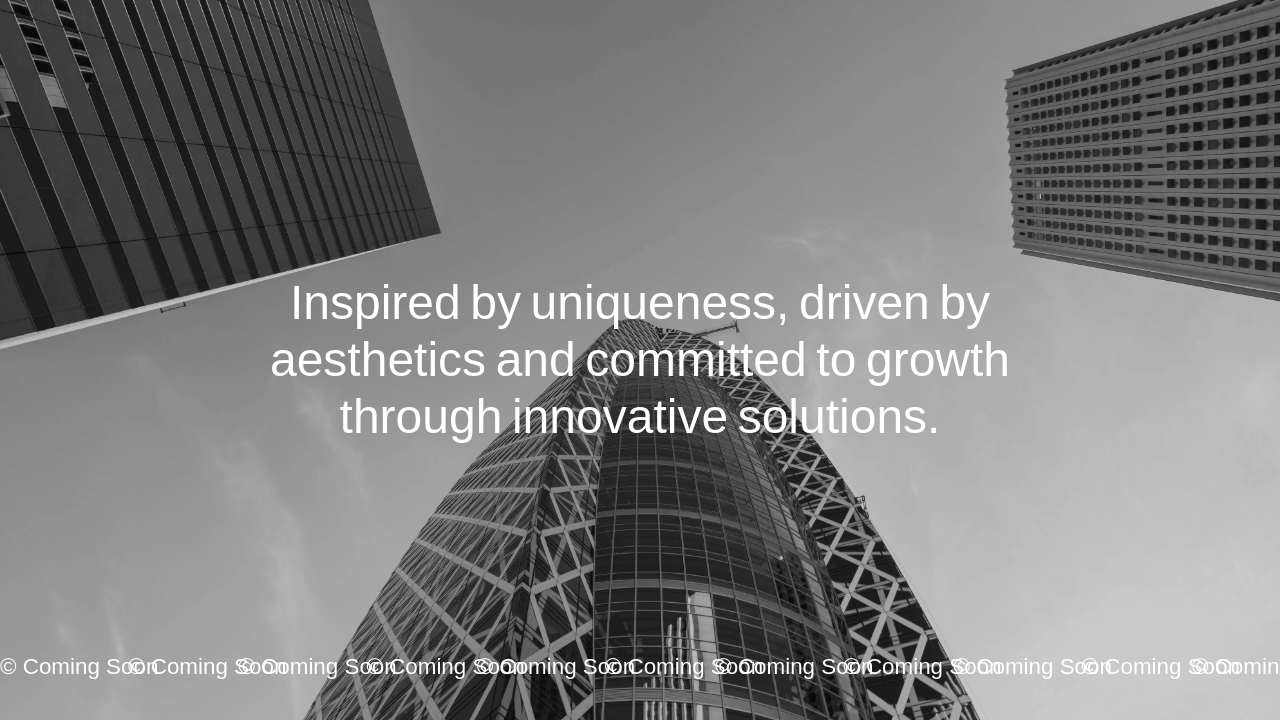
Repository: leswisss/comingsoon
Page: /
The author's editor kept a copy of each file at every save. The page is drawn from the files as they stood at one save, then again after the next save.
The browser window is 1280 px wide. The pictures show the whole page.
Some web fonts or font styles are not loaded; a fallback is used. The project was rebuilt for these pictures with package versions that can differ from the ones it lists, and the page was loaded fresh each time. The framework's server and built-in components were replaced by stand-ins that run in the browser. Also part of the build but not shown: next.config.mjs.

Above is the page before, as saved 2024-06-16 15:30:32.

### app/layout.tsx
import type { Metadata } from "next";
import localFont from "next/font/local";
import "../styles/globals.scss";

const regular = localFont({
  src: "./SF-Pro-Display-Regular.ttf",
  display: "swap",
  variable: "--regular-font",
});

const medium = localFont({
  src: "./SF-Pro-Display-Medium.ttf",
  display: "swap",
  variable: "--medium-font",
});

const semibold = localFont({
  src: "./SF-Pro-Display-Semibold.ttf",
  display: "swap",
  variable: "--semibold-font",
});

const italic = localFont({
  src: "./BigCaslonFB-Italic.ttf",
  display: "swap",
  variable: "--italic-font",
});

export const metadata: Metadata = {
  title: "Better Marque - Branding Agency",
  description: "Generated by create next app",
};

export default function RootLayout({
  children,
}: Readonly<{
  children: React.ReactNode;
}>) {
  return (
    <html lang="en">
      <body
        className={`${italic.variable} ${regular.variable} ${medium.variable} ${semibold.variable}`}
      >
        {children}
      </body>
    </html>
  );
}

### app/page.tsx
import { HomePageWrapper } from "@/components";

export default function Home() {
  return (
    <main>
      <HomePageWrapper/>
    </main>
  );
}

### styles/globals.scss
/*=============== VARIABLES SCSS ===============*/
:root {
  --header-height: 6rem;
  --white: white;
  --black: black;
  --grey: #535353;


  /*========== Font and typography ==========*/
  /*.5rem = 8px | 1rem = 16px ...*/
  // --body-font: 'Montserrat', sans-serif;

  --h1-font-size: 3rem;
  --h2-font-size: 2rem;
  --normal-font-size: 1rem;
  --small-font-size: .94rem;
}

/* Responsive typography */
@media screen and (max-width: 1088px) {
  :root {
    --h1-font-size: 2.75rem;
    --h2-font-size: 1.8rem;
    --normal-font-size: 0.96rem;
    --small-font-size: .90rem;
  }
}

@media screen and (max-width: 628px) {
  :root {
    --h1-font-size: 2.5rem;
    --h2-font-size: 1.5rem;
    --normal-font-size: 0.92rem;
    --small-font-size: 0.85rem;
  }
}

/*=============== BASE ===============*/
* {
  box-sizing: border-box;
  padding: 0;
  margin: 0;
  scrollbar-width: none;

  &::-webkit-scrollbar{
    display: none;
  }

}

html {
  scroll-behavior: auto;
  height: auto;
}

body{
  font-family: var(--regular-font);
  font-size: var(--normal-font-size);
  background-color: black;
  color: var(--white);
}


ul {
  list-style: none;
}

a {
  text-decoration: none;
}

img {
  max-width: 100%;
  height: auto;
}


/*=============== REUSABLE CSS CLASSES ===============*/
.container {
  max-width: 1450px;
  margin: 0 auto;
}

.main {
  overflow: hidden;
}


@media screen and (max-width: 1450px) {
  .container {
    max-width: 100%;
    margin: 0 3rem;
  }
}


@media screen and (max-width: 1088px) {
  .container {
    max-width: 100%;
    margin: 0 2rem;
  }
}


@media screen and (max-width: 628px) {
  .container {
    max-width: 100%;
    margin: 0 1rem;
  }
}

### components/index.tsx
import HomePageWrapper from "./HomePageWrapper";
import HeroSection from "./HeroSection";

export {
  HomePageWrapper,
  HeroSection
}

### components/HomePageWrapper.tsx
import React from 'react'
import HeroSection from './HeroSection'

const HomePageWrapper = () => {
  return (
    <>
    <HeroSection />
    </>
  )
}

export default HomePageWrapper

### components/HeroSection.tsx
"use client";

import React, { useEffect, useRef } from "react";
import Marquee from "./Marquee";
import Image from "next/image";
import IMAGE from "../public/background.jpg";
import styles from "../styles/hero.module.scss";

const HeroSection = () => {
  const slogan =
    "Inspired by uniqueness, driven by aesthetics and committed to growth through innovative solutions.";
  const refs = useRef<HTMLSpanElement[]>([]);

  const splitwords = () => {
    let body: JSX.Element[] = [];
    slogan.split(" ").forEach((word, i) => {
      const cleanWord = word.replace(/[.,]/g, "");

      if (["uniqueness", "aesthetics", "growth"].includes(cleanWord)) {
        body.push(
          <p
            key={`word-${i}`}
            className={`${styles.word_wrapper} ${styles.italic}`}
          >
            <span
              className={styles.word}
              ref={(el) => {
                if (el) refs.current.push(el);
              }}
            >
              {word}
            </span>
          </p>
        );
      } else {
        body.push(
          <p key={`word-${i}`} className={styles.word_wrapper}>
            <span
              className={styles.word}
              ref={(el) => {
                if (el) refs.current.push(el);
              }}
            >
              {word}
            </span>
          </p>
        );
      }
    });

    return body;
  };


  return (
    <section className={styles.hero}>
      <div className={styles.hero_image}>
        <Image src={IMAGE} fill quality={100} alt="Better Marque" />
      </div>
      <div className={styles.text}>{splitwords()}</div>
      <div className={styles.marquee}>
        <Marquee />
      </div>
    </section>
  );
};

export default HeroSection;

### components/Marquee.tsx
import React from 'react'
import styles from "../styles/marquee.module.scss"

const Marquee = () => {
  return (
    <div className={styles.slider}>
      <div className={styles.coming__wrapper}>
        <p className={styles.soon}>© Coming Soon</p>
        <p className={styles.soon}>© Coming Soon</p>
        <p className={styles.soon}>© Coming Soon</p>
        <p className={styles.soon}>© Coming Soon</p>
        <p className={styles.soon}>© Coming Soon</p>
        <p className={styles.soon}>© Coming Soon</p>
        <p className={styles.soon}>© Coming Soon</p>
        <p className={styles.soon}>© Coming Soon</p>
        <p className={styles.soon}>© Coming Soon</p>
        <p className={styles.soon}>© Coming Soon</p>
      </div>
      <div className={styles.coming__wrapper}>
        <p className={styles.soon}>© Coming Soon</p>
        <p className={styles.soon}>© Coming Soon</p>
        <p className={styles.soon}>© Coming Soon</p>
        <p className={styles.soon}>© Coming Soon</p>
        <p className={styles.soon}>© Coming Soon</p>
        <p className={styles.soon}>© Coming Soon</p>
        <p className={styles.soon}>© Coming Soon</p>
        <p className={styles.soon}>© Coming Soon</p>
        <p className={styles.soon}>© Coming Soon</p>
        <p className={styles.soon}>© Coming Soon</p>
      </div>
    </div>
  )
}

export default Marquee

### styles/hero.module.scss
.hero{
  width: 100vw;
  height: 100vh;
  overflow: hidden;
  position: relative;
}

.hero_image{
  width: 100vw;
  height: 100vh;
  position: relative;

  img{
    object-fit: cover;
    filter: brightness(0.8);
  }
}

.text{
  position: absolute;
  color: white;
  z-index: 1;
  width: max-content;
  height: max-content;
  top: 50%;
  left: 50%;
  transform: translate(-50%, -50%);
  display: flex;
  flex-wrap: wrap;
  width: 55rem;
  text-align: center;
  justify-content: center;
  align-items: center;

  .word_wrapper{
    font-size: var(--h1-font-size);
    overflow: hidden;
    width: auto;
    height: 56.8px;
    padding: 0 0.3rem;

    &.italic{
      font-family: var(--italic-font);
    }

    .word{
      position: relative;
      top: 0%; // What i will be animating with gsap
    }
  }
}

.marquee{
  position: absolute;
  width: 100%;
  height: max-content;
  bottom: 2.5rem;
  left: 0;
  z-index: 1;
}

### styles/marquee.module.scss
.slider{
  position: relative;
}

.coming__wrapper{
  display: flex;
  white-space: nowrap;
  flex-wrap: nowrap;

  .soon{
    margin-right: 5rem;
    font-size: calc(var(--h2-font-size) - 0.6rem);
  }

  &:nth-of-type(2){
    position: absolute;
    left: 10%;
    top: 0;
  }
}

After the next save:
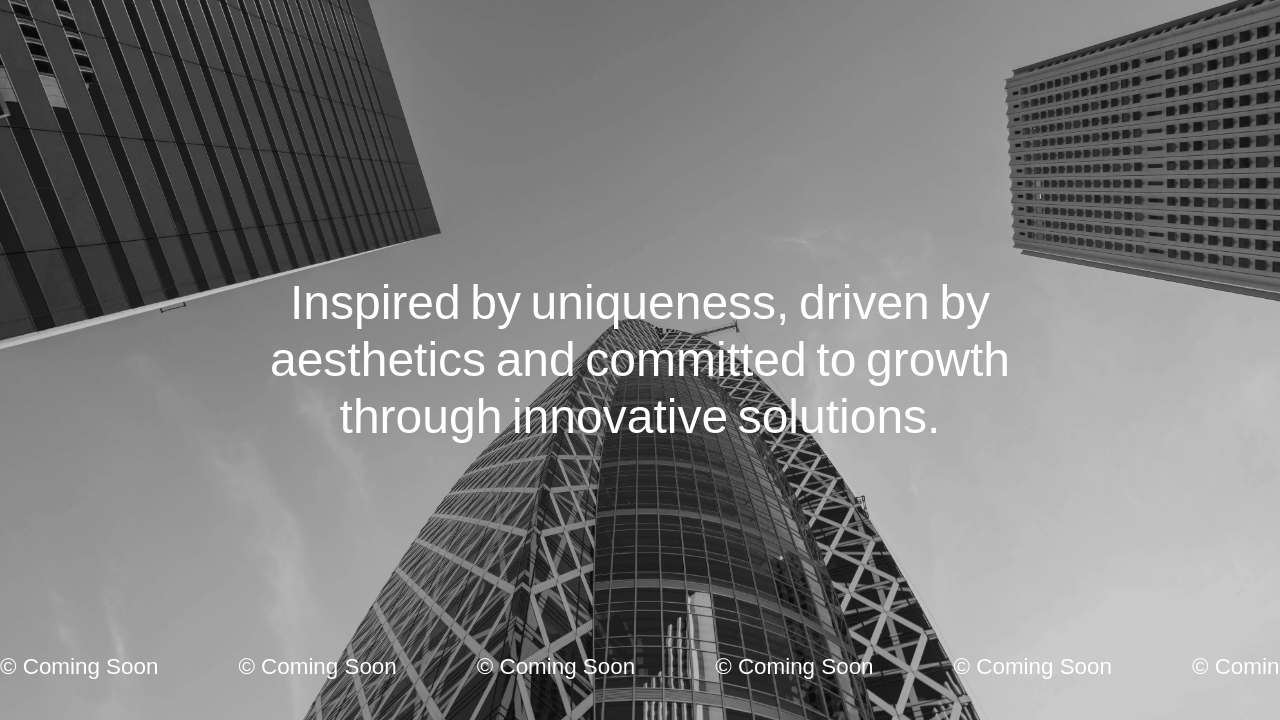
Saved 29 s later.
--- a/styles/marquee.module.scss
+++ b/styles/marquee.module.scss
@@ -14,7 +14,7 @@
 
   &:nth-of-type(2){
     position: absolute;
-    left: 10%;
-    top: 0;
+    left: 100%;
+    top: 0%;
   }
 }
